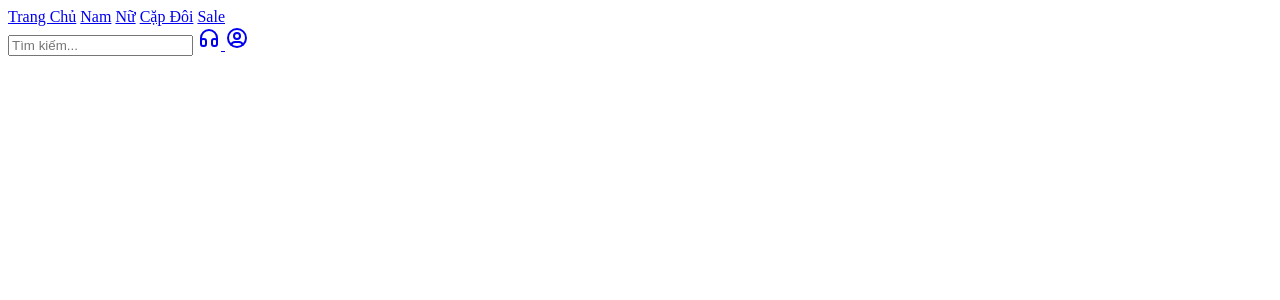
Repository: manhhieu120499/demo_page
Page: nam.html
These files come from the project's save history. The page is drawn as it stood at one moment and after the next save; the edit follows.
The browser window is 1280 px wide. The pictures show the whole page.

Above is the page before, as saved 2023-03-04 15:43:35.

After the next save:
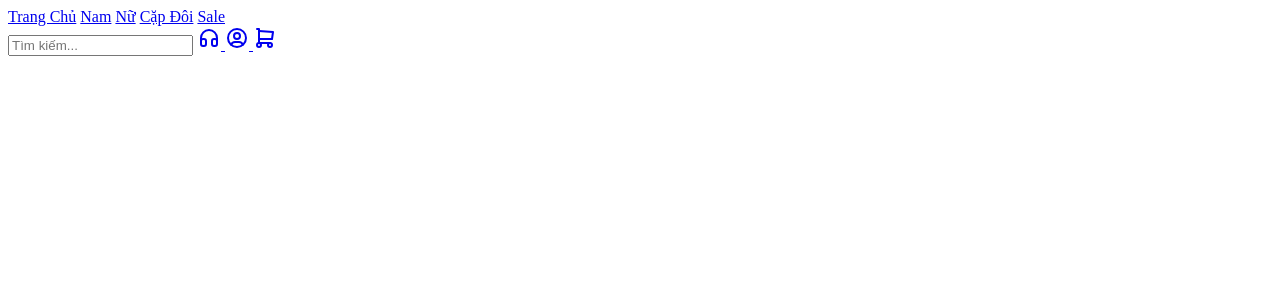
Saved 37 s later.
--- a/nam.html
+++ b/nam.html
@@ -35,7 +35,13 @@
                      </svg>
                 </a>
                 <a href="#">
-
+                    <svg xmlns="http://www.w3.org/2000/svg" class="icon icon-tabler icon-tabler-shopping-cart" width="24" height="24" viewBox="0 0 24 24" stroke-width="2" stroke="currentColor" fill="none" stroke-linecap="round" stroke-linejoin="round">
+                        <path stroke="none" d="M0 0h24v24H0z" fill="none"></path>
+                        <path d="M6 19m-2 0a2 2 0 1 0 4 0a2 2 0 1 0 -4 0"></path>
+                        <path d="M17 19m-2 0a2 2 0 1 0 4 0a2 2 0 1 0 -4 0"></path>
+                        <path d="M17 17h-11v-14h-2"></path>
+                        <path d="M6 5l14 1l-1 7h-13"></path>
+                     </svg>
                 </a>
             </div>
         </div>
